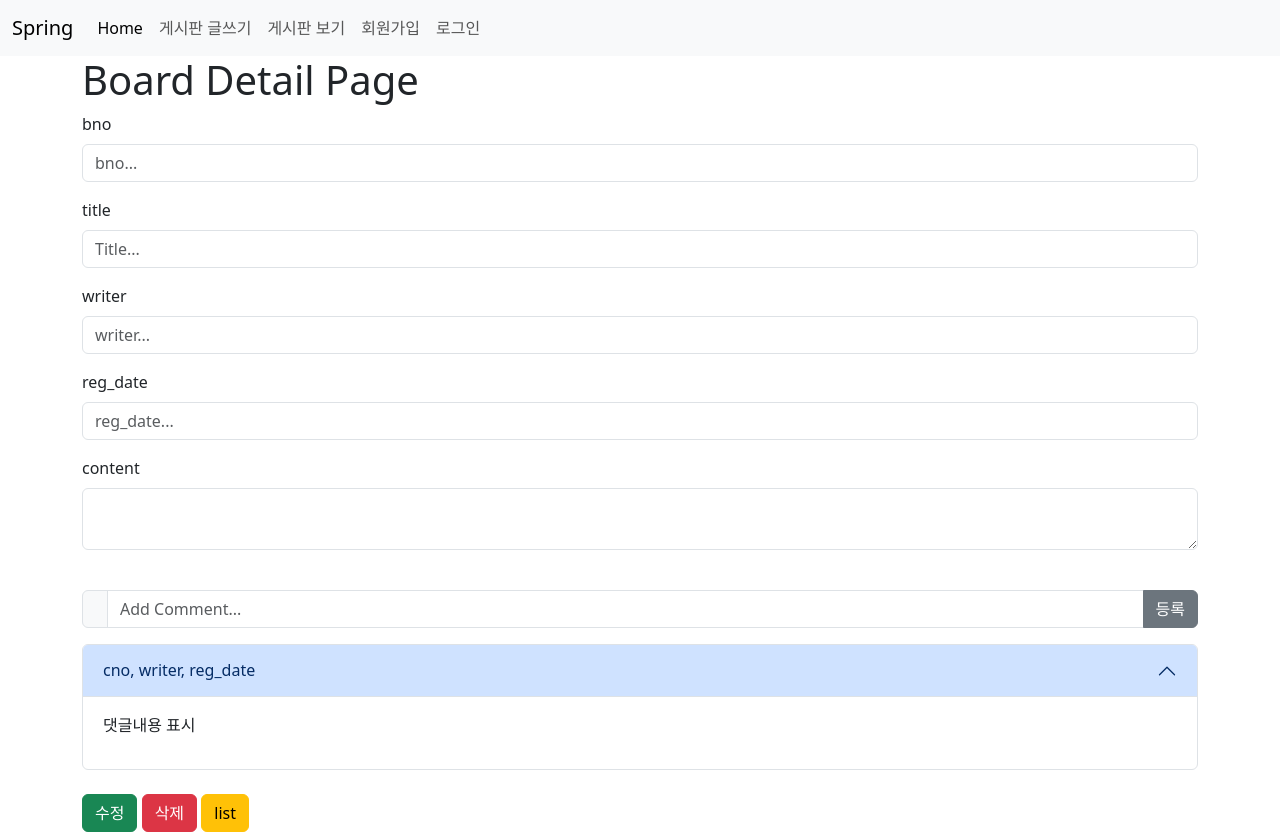
Repository: Ceciliaseon/springTest20240430
Page: http://localhost/spring_study/WEB-INF/views/board/detail.jsp
The author's editor kept a copy of each file at every save. The page is drawn from the files as they stood at one save, then again after the next save.
The browser window is 1280 px wide. The pictures show the whole page.
The page is served by Tomcat 9. Nobody is signed in. The template is opened directly, without the code that normally fills it, so the values that code supplies are empty.

Above is the page before, as saved 2024-04-26 03:10:08.

### spring_study/src/main/webapp/WEB-INF/views/board/detail.jsp
<%@ page language="java" contentType="text/html; charset=UTF-8"
    pageEncoding="UTF-8"%>
    <%@ taglib uri="http://java.sun.com/jsp/jstl/core" prefix="c" %>

<jsp:include page="../layout/header.jsp" />

<div class="container-md">
	<h1>Board Detail Page</h1>

		<div class="mb-3">
		  <label for="n" class="form-label">bno</label>
		  <input type="text" class="form-control" name="bno" id="n" value="${bvo.bno }" placeholder="bno..." readonly="readonly">
		</div>
		<div class="mb-3">
		  <label for="t" class="form-label">title</label>
		  <input type="text" class="form-control" name="title" id="t" value="${bvo.title }" placeholder="Title..." readonly="readonly">
		</div>
		<div class="mb-3">
		  <label for="w" class="form-label">writer</label>
		  <input type="text" class="form-control" name="writer" id="w" value="${bvo.writer }" placeholder="writer..." readonly="readonly">
		</div>
		<div class="mb-3">
		  <label for="r" class="form-label">reg_date</label>
		  <input type="text" class="form-control" name="reg_date" id="r" value="${bvo.reg_date }" placeholder="reg_date..." readonly="readonly">
		</div>
		<div class="mb-3">
		  <label for="c" class="form-label">content</label>
		  <textarea class="form-control" id="c" name="content" aria-label="With textarea" readonly="readonly">${bvo.content }</textarea>
		</div>
		<br>
		<!-- Comment line -->
		<!-- 댓글등록라인 -->
		<div class="input-group mb-3">
		  <span class="input-group-text" id="cmtWriter">${ses.id }</span>
		  <input type="text" id="cmtText" class="form-control" placeholder="Add Comment..." aria-label="Username" aria-describedby="basic-addon1">
		  <button type="button" class="btn btn-secondary" id="cmtAddBtn">등록</button>
		</div>


		<!-- 댓글출력라인 -->
		<div class="accordion" id="accordionExample">

		  <div class="accordion-item">
		    <h2 class="accordion-header">
		      <button class="accordion-button" type="button" data-bs-toggle="collapse" data-bs-target="#collapseOne" aria-expanded="true" aria-controls="collapseOne">
		        cno, writer, reg_date
		      </button>
		    </h2>
		    <div id="collapseOne" class="accordion-collapse collapse show" data-bs-parent="#accordionExample">
		      <div class="accordion-body">
		        <p>댓글내용 표시</p>
		      </div>
		    </div>
		  </div>

		</div>
		<br>

		<a href="/board/modify?bno=${bvo.bno }"><button type="button" class="btn btn-success">수정</button></a>
		<a href="/board/remove?bno=${bvo.bno }"><button type="button" class="btn btn-danger">삭제</button></a>
		<a href="/board/list"><button type="button" class="btn btn-warning">list</button></a>
</div>
<script type="text/javascript">
const bnoVal = `<c:out value="${bvo.bno}" />`
</script>

<script type="text/javascript" src="/resources/js/board.detail.comment.js" />


<jsp:include page="../layout/footer.jsp" />

### spring_study/src/main/webapp/WEB-INF/views/layout/header.jsp
<%@ page language="java" contentType="text/html; charset=UTF-8"
    pageEncoding="UTF-8"%>
    <%@ taglib uri="http://java.sun.com/jsp/jstl/core" prefix="c"%>
<!DOCTYPE html>
<html>
<head>
<meta charset="UTF-8">
<title>header.jsp</title>
<link href="https://cdn.jsdelivr.net/npm/bootstrap@5.3.3/dist/css/bootstrap.min.css" rel="stylesheet" integrity="sha384-QWTKZyjpPEjISv5WaRU9OFeRpok6YctnYmDr5pNlyT2bRjXh0JMhjY6hW+ALEwIH" crossorigin="anonymous">
<script src="https://cdn.jsdelivr.net/npm/bootstrap@5.3.3/dist/js/bootstrap.bundle.min.js" integrity="sha384-YvpcrYf0tY3lHB60NNkmXc5s9fDVZLESaAA55NDzOxhy9GkcIdslK1eN7N6jIeHz" crossorigin="anonymous"></script>
</head>
<body>

<nav class="navbar navbar-expand-lg bg-body-tertiary">
  <div class="container-fluid">
    <a class="navbar-brand" href="#">Spring</a>
    <button class="navbar-toggler" type="button" data-bs-toggle="collapse" data-bs-target="#navbarSupportedContent" aria-controls="navbarSupportedContent" aria-expanded="false" aria-label="Toggle navigation">
      <span class="navbar-toggler-icon"></span>
    </button>
    <div class="collapse navbar-collapse" id="navbarSupportedContent">
      <ul class="navbar-nav me-auto mb-2 mb-lg-0">
        <li class="nav-item">
          <a class="nav-link active" aria-current="page" href="/">Home</a>
        </li>
        <li class="nav-item">
          <a class="nav-link" href="/board/register">게시판 글쓰기</a>
        </li>
        <li class="nav-item">
          <a class="nav-link" href="/board/list">게시판 보기</a>
        </li>
        <li class="nav-item">
          <a class="nav-link" href="/member/register">회원가입</a>
        </li>
        <c:if test="${ses.id eq null }">
	        <li class="nav-item">
	          <a class="nav-link" href="/member/login">로그인</a>
	        </li>
        </c:if>
        <c:if test="${ses.id ne null }">
	        <li class="nav-item">
	          <a class="nav-link" href="/member/logout">로그아웃</a>
	        </li>
	        <li class="nav-item">
	          <a class="nav-link" href="/member/modify">${ses.id } (${ses.email }) 정보수정</a>
	        </li>
        </c:if>
      </ul>
    </div>
  </div>
</nav>

### spring_study/src/main/webapp/WEB-INF/views/layout/footer.jsp
<%@ page language="java" contentType="text/html; charset=UTF-8"
    pageEncoding="UTF-8"%>

<div class="container-md">
	2024sus Spring Project...
</div>

</body>
</html>

### spring_study/src/main/webapp/resources/js/board.detail.comment.js
console.log("test in");
console.log(bnoVal);




//cmtData만드는 과정
document.getElementById('cmtAddBtn').addEventListener('click',()=>{ // 2 > 이후 controller
    const cmtText = document.getElementById('cmtText').value;
    const cmtWriter = document.getElementById('cmtWriter').innerText;

    if(cmtText == null || cmtText == ''){
        alert('댓글을 입력해주세요');
        document.getElementById('cmtText').focus();
        return false;
    }else{
        // 댓글 등록
        let cmtData={
            bno:bnoVal,
            writer: cmtWriter,
            content: cmtText
        }
        console.log(cmtData);
        postCommentToServer(cmtData).then(result =>{
            console.log(result);
            if(result == '1'){
                alert('댓글 등록 성공');
                document.getElementById('cmtText').value ='';
                // 화면에 뿌리기
                spreadCommentList(bnoVal);
            }
        })
    }

})

// 비동기 통신 restful
// post : 데이터 객체를 컨트롤러로 보낼 때 (삽입)
// get : 조회 (생략가능)
// put(petch) : 데이터 수정
// delete : 데이터 삭제


async function postCommentToServer(cmtData){ // 1
    try {
        const url = "/comment/post";
        const config = {
            method: 'post',
            headers:{
                'Content-type':'application/json; charset=utf-8'
            },
            body: JSON.stringify(cmtData)
        };

        const resp = await fetch(url, config);
        const result = await resp.text(); //body만 텍스트로 때온다는 의미 리턴값 >> isOk
        return result;

    } catch (error) {
        console.log(error);
    }
}

// 5 댓글 뿌리기 메서드
function spreadCommentList(bno){
    getCommentListFromServer(bno).then(result =>{
        console.log(result);
        // 실제 뿌려기는 구문  6
        const div = document.getElementById('accordionExample');
        if(result.length > 0){
            // 반복
            div.innerHTML = ""; // 반복하기 전 기존 샘플 버리기
            for (let i=0;i<result.length;i++){
                let add = `<div class="accordion-item">`;
                    add += `<h2 class="accordion-header">`;
                    add += `<button class="accordion-button" type="button" data-bs-toggle="collapse" data-bs-target="#collapse${i}" aria-expanded="true" aria-controls="collapse${i}">`;
                    add += `no. ${result[i].cno} / ${result[i].writer} / [${result[i].regdate}] </button> </h2>`;
                    add += `<div id="collapse${i}" class="accordion-collapse collapse show" data-bs-parent="#accordionExample">`;
                    add += `<div class="accordion-body">`;
                    if(id === result[i].writer){
                        add += `<button type="button" data-cno="${result[i].cno}" class="btn btn-outline-warning btn-sm cmtModBtn">수정</button>`;
                        add += `<button type="button" data-cno="${result[i].cno}" class="btn btn-outline-danger btn-sm cmtDelBtn">삭제</button>`;
                    }
                    add += `<input type="text" class="form-control cmtText" value="${result[i].content}">`;
                    add += `</div></div></div>`;

                    div.innerHTML += add;
            }
        } else{
            // 댓글 값이 없을 때 보여지는 구문
            div.innerHTML = `<div class="accordion-body"> Comment List Empty </div>`;

        }
    })
}

//9
document.addEventListener('click',(e)=>{
    console.log(e.target);
    if(e.target.classList.contains('cmtModBtn')){
        let cnoVal = e.target.dataset.cno;

        //closest 가장 가까이 있는
        let div = e.target.closest('div');
        let cmtText = div.querySelector('.cmtText').value;
        let cmtData ={
            cno: cnoVal,
            content: cmtText
        };

        // update 비동기 호출
        updateCommentFromServer(cmtData).then(result=>{
            if(result == '1'){
                alert('댓글 수정완료');
                spreadCommentList(bnoVal);
            }
        })
    }

    if (e.target.classList.contains('cmtDelBtn')){
        let cnoVal = e.target.dataset.cno;
        removeCOmmentFromServer(cnoVal).then(result =>{
            if(result == '1'){
                alert('댓글삭제 완료');
                spreadCommentList(bnoVal);
            }
        })
    }
})

// 4
async function getCommentListFromServer(bno){
    try {
        //resful 에서는 ?를 사용하지 않음
        // /comment/306 >> 이와 같이 값이 들어감
        const resp = await fetch("/comment/"+bno);
        const result = await resp.json();
        return result;

    } catch (error) {
        console.log(error);
    }
}

//7
async function updateCommentFromServer(cmtData){
    try {
        const url = '/comment/modify'
        const config={
            method:'put',
            headers:{
                'Content-Type':'application/json; charset=utf-8'
            },
            body:JSON.stringify(cmtData)
        };

        const resp = await fetch(url, config);
        const result = await resp.text();
        return result;

    } catch (error) {
        console.log(error);
    }
}

//8
async function removeCOmmentFromServer(cno){
    try { //restful로 데이터를 지울 때는 method 꼭 작성할 것
        const url = '/comment/'+cno;
        const config={
            method:'delete'
        };

        const resp = await fetch(url, config);
        const result = await resp.text();
        return result;

    } catch (error) {
        console.log(error)
;    }
}

After the next save:
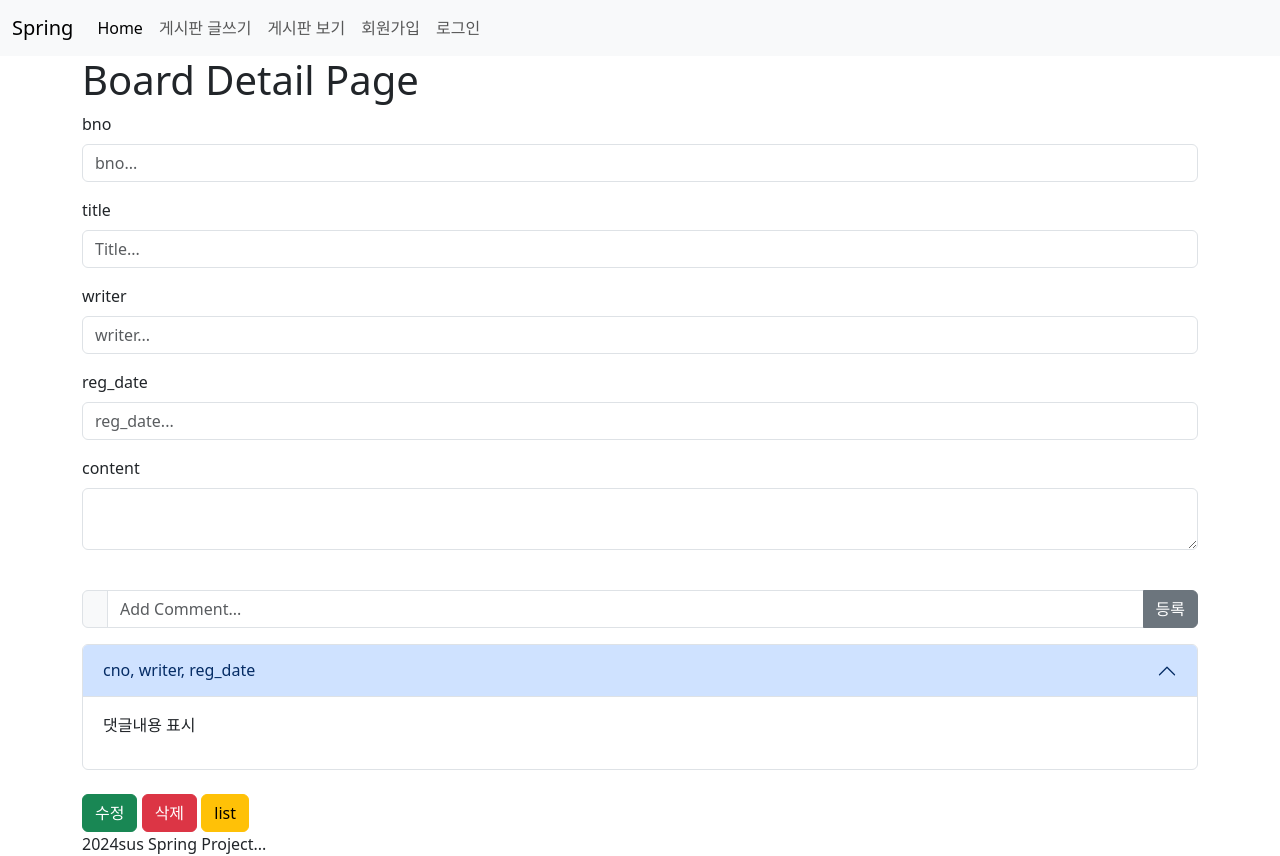
Saved 81 s later.
--- a/spring_study/src/main/webapp/WEB-INF/views/board/detail.jsp
+++ b/spring_study/src/main/webapp/WEB-INF/views/board/detail.jsp
@@ -64,7 +64,7 @@
 const bnoVal = `<c:out value="${bvo.bno}" />`
 </script>
 
-<script type="text/javascript" src="/resources/js/board.detail.comment.js" />
+<script type="text/javascript" src="/resources/js/board.detail.comment.js" ></script>
 
 
 <jsp:include page="../layout/footer.jsp" />
